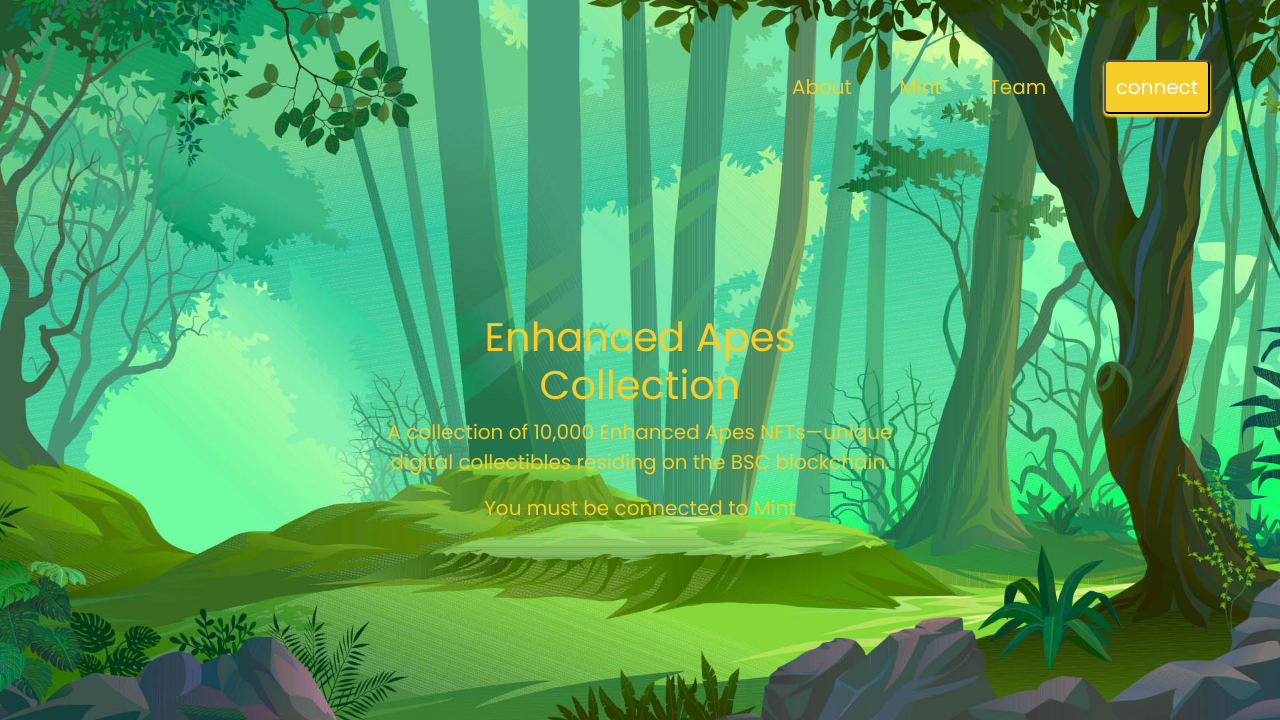
Repository: Stephegbenga/Minting-Dapp
Page: /
An editor plug-in stored every save of this project. The page is shown before and after the next save, followed by the edit.
The browser window is 1280 px wide. The pictures show the whole page.
The project was rebuilt for these pictures with package versions that can differ from the ones it lists, and the page was loaded fresh each time.

Above is the page before, as saved 2022-04-07 17:17:22.

After the next save:
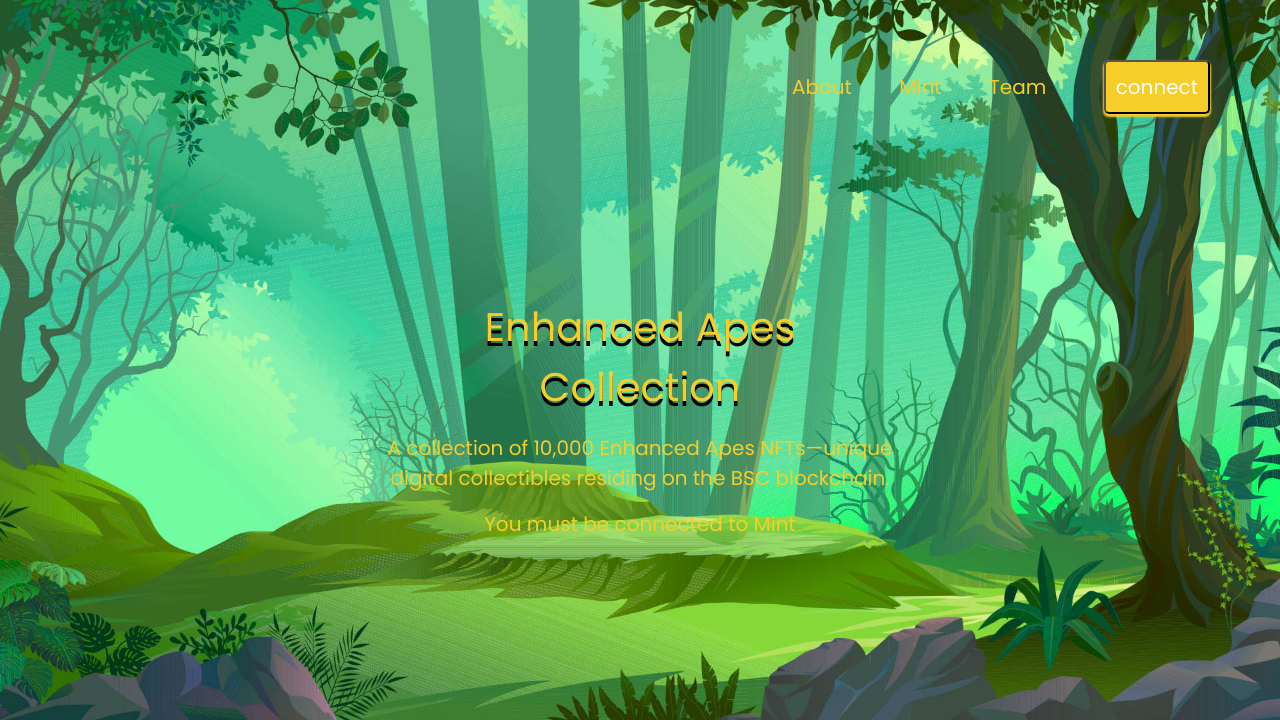
Saved 2 min 41 s later.
--- a/src/MainMint.js
+++ b/src/MainMint.js
@@ -36,7 +36,7 @@ const MainMint = ({ accounts, setAccounts}) => {
         <Flex justify="center" align="center" height="70vh" padding="150px">
             <Box width="520px">
                 <div>
-                    <h1>Enhanced Apes Collection</h1>
+                    <Text fontSize="40px" textShadow="0 5px #000000">Enhanced Apes Collection</Text>
                         <p>
                             A collection of 10,000 Enhanced Apes NFTs—unique digital collectibles
                             residing on the BSC blockchain.
